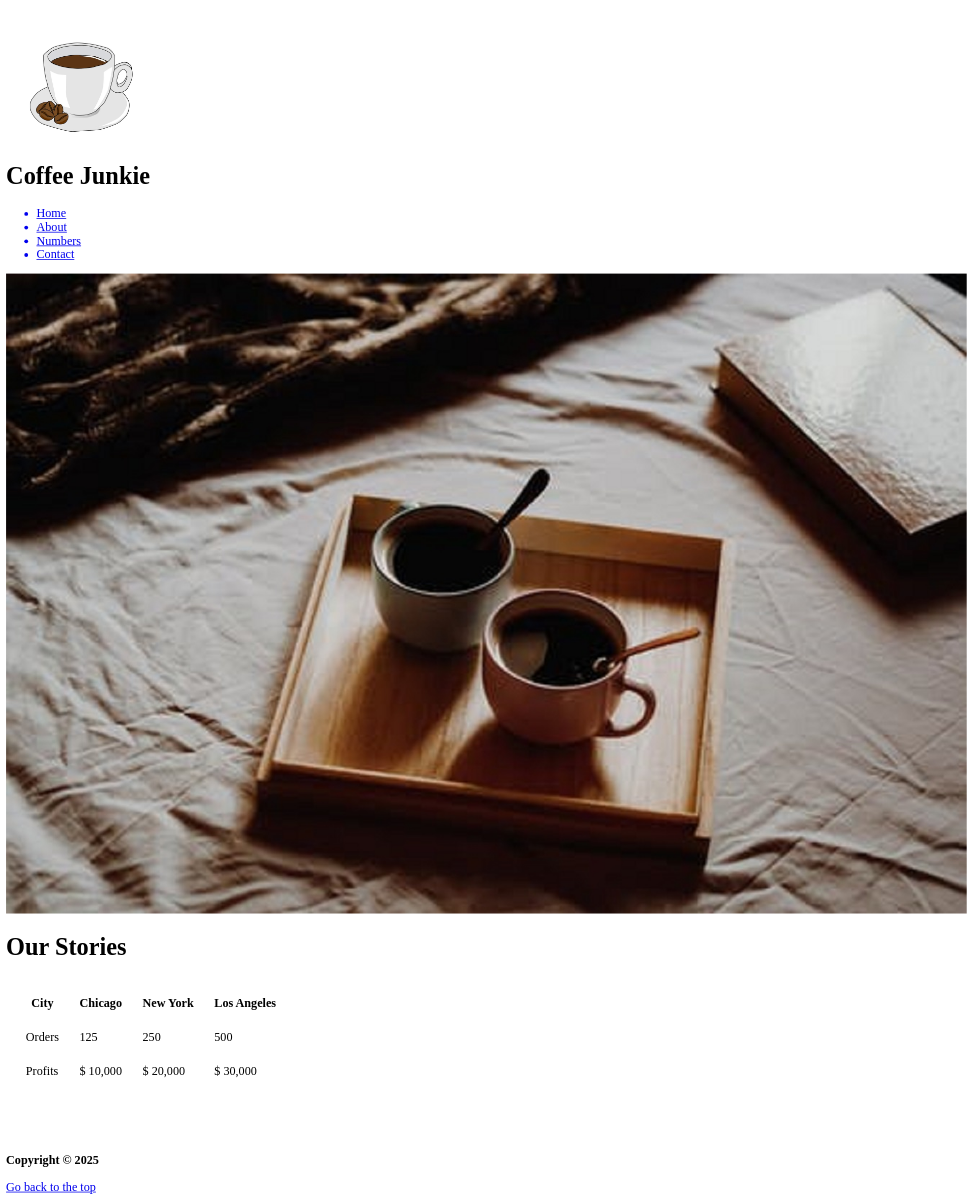
Repository: Tranghii/HTML-CSS
Page: HTML&CSS/miniExercise/number.html
These files come from the project's save history. The page is drawn as it stood at one moment and after the next save; the edit follows.
The browser window is 1280 px wide. The pictures show the whole page, at 76% of full size.

Above is the page before, as saved 2025-10-11 21:58:01.

After the next save:
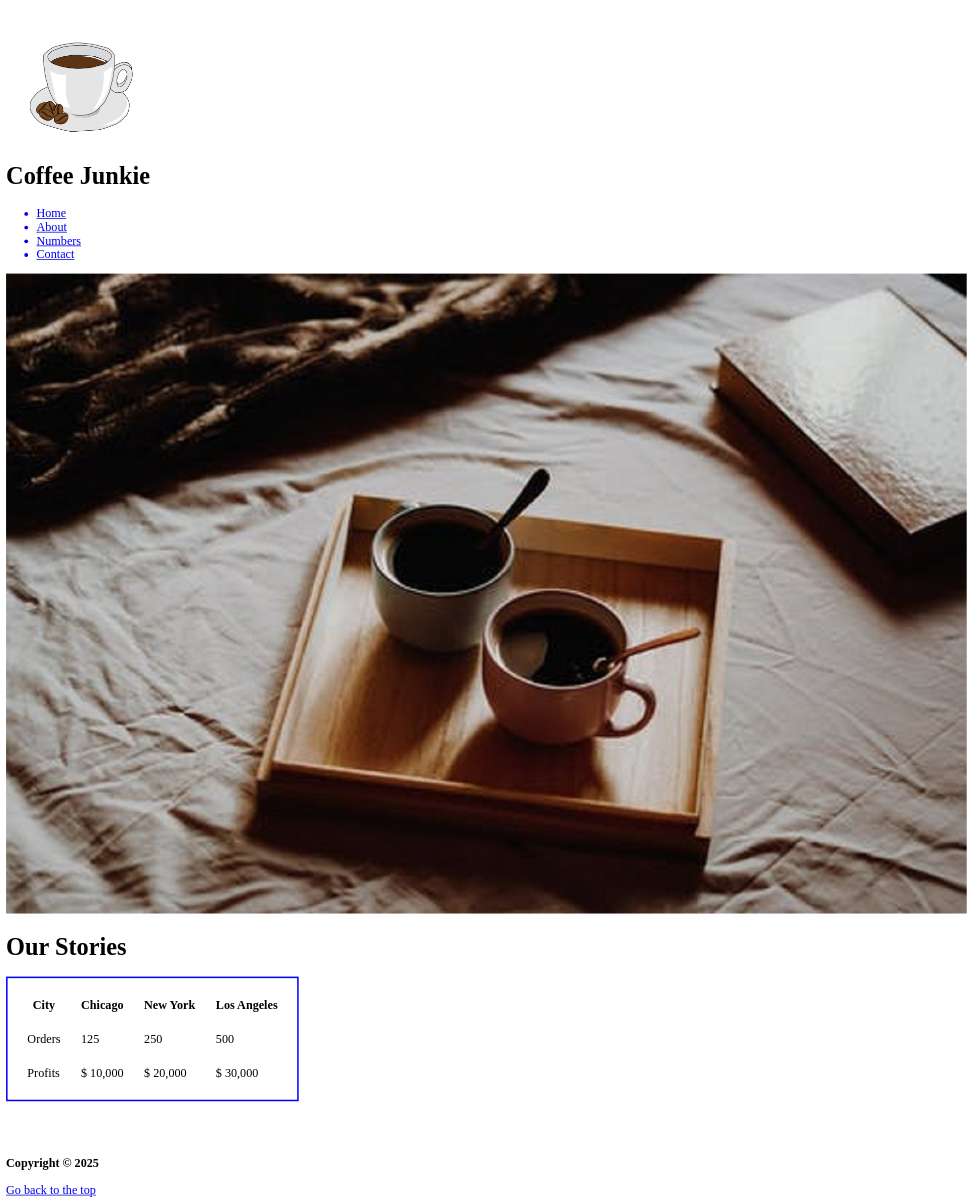
Saved 2 min 6 s later.
--- a/HTML&CSS/miniExercise/number.html
+++ b/HTML&CSS/miniExercise/number.html
@@ -19,7 +19,7 @@
 
         <div id="about">
                 <h1>Our Stories</h1>
-                <table style="border:2px solid blue; border:2px; border-spacing: 25px">
+                <table style="border:2px solid blue; border-spacing: 25px">
                     <thead>
                         <tr>
                             <th>City</th>
